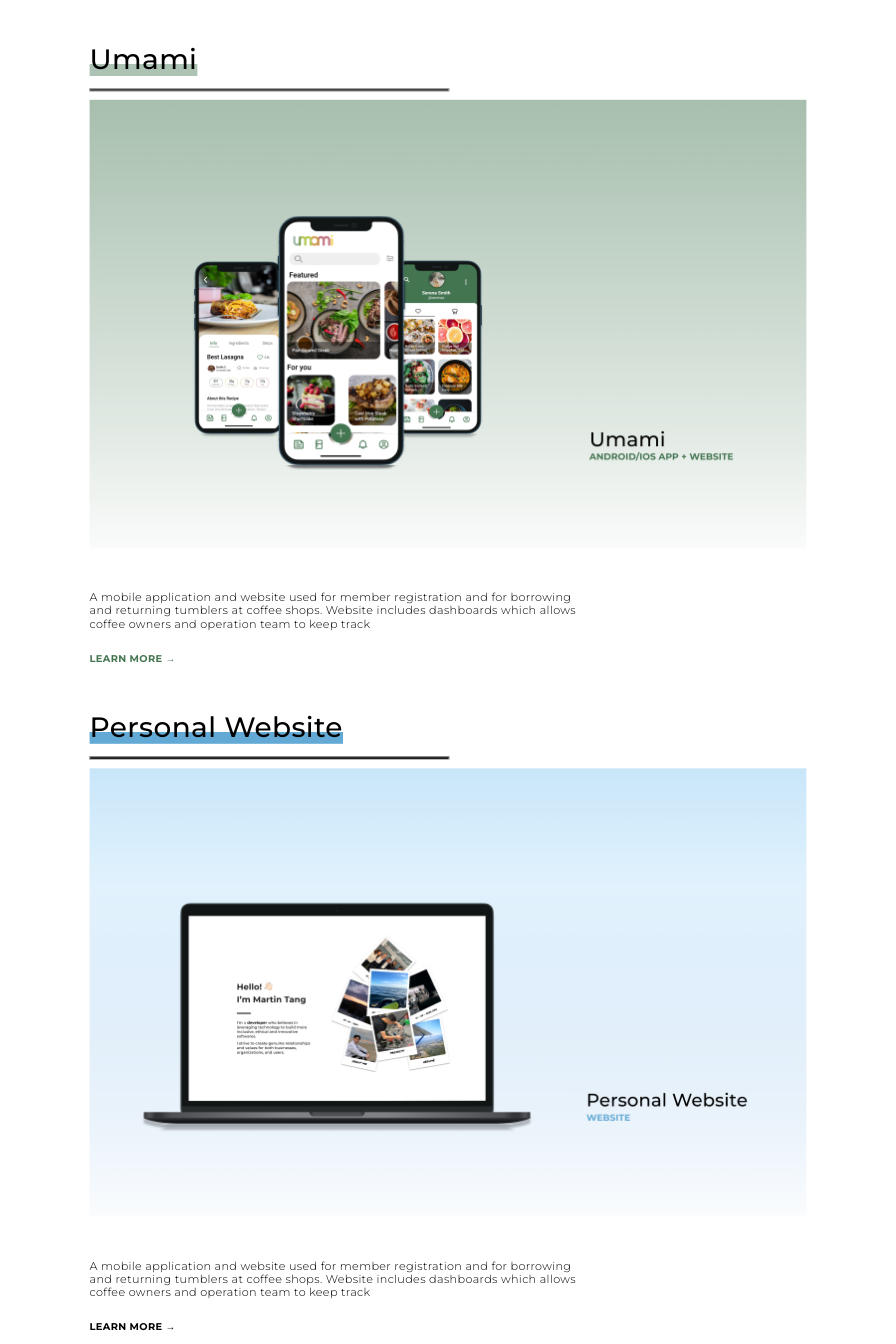
Repository: TangMartin/martintang
Page: index.html
The author's editor kept a copy of each file at every save. The page is drawn from the files as they stood at one save, then again after the next save.
The browser window is 1280 px wide. The pictures show the part of the page from y = 1062 to 2982 px (the page is 2982 px tall), at 70% of full size.

Above is the page before, as saved 2021-11-24 22:12:34.

### index.html
<!DOCTYPE html>

<html>
    <head>
        <link href="./styles/style.css" rel="stylesheet">
        <link rel="preconnect" href="https://fonts.googleapis.com">
        <link rel="preconnect" href="https://fonts.gstatic.com" crossorigin>
        <link href="https://fonts.googleapis.com/css2?family=Montserrat:wght@300;500;700&display=swap" rel="stylesheet">
        <title> Martin Tang</title>
    </head>

    <body>
        <!-- Nav Bar-->
        <!-- Main Page-->
        <div class="flex-main">
            <!-- Left Box-->
            <div class="flex-left">
                <h1>Hello! <span class="wave" style="margin-left: 4%;">👋🏻</span> </h1>
                <h1>I'm Martin Tang</h1>
                <hr style="height:5px; width:15%; margin-left:0; background-color:#222020; display: inline-block">
                <h3>I'm a <strong>developer</strong> who believes in leveraging technology to build more inclusive, ethical and innovative softwares. </h3>
                <h3>I strive to create genuine relationships and values for both businesses, organizations, and users.</h3>
            </div>
            <!-- Right Box-->
            <div class="flex-right">
                <div class="image-stack">
                    <a style="grid-column: 8; grid-row: 10; cursor: pointer; --turn-radius: 12deg; cursor: pointer;" href="./Martin_Tang_Resume.pdf" target="_blank" download>
                        <img src="./assets/polaroids/Resume.png"/>
                    </a>
                    <img style="grid-column: 3; grid-row: 1; --turn-radius: -12deg;" src="./assets/polaroids/Apsc100.png" />
                    <img style="grid-column: 1; grid-row: 7; --turn-radius: -12deg;" src="./assets/polaroids/Sunset.png" />
                    <img style="grid-column: 7; grid-row: 5; --turn-radius: 15deg;" src="./assets/polaroids/Hongkongpng.png" />
                    <a style="grid-column: 3; grid-row: 12; --turn-radius: -12deg; cursor: pointer;" href="./pages/aboutme.html">
                        <img src="./assets/polaroids/Aboutme.png" />
                    </a>
                    <img style="grid-column: 4; grid-row: 5; --turn-radius: -4deg;"src="./assets/polaroids/Jetski.png" />
                    <a style="grid-column: 5; grid-row: 9; --turn-radius: 10deg; cursor: pointer;" href="#featuredwork">
                        <img src="./assets/polaroids/Projects.png"/>
                    </a>
                </div>
            </div>
        </div>
        <div class="featured_work" id="featuredwork">
            <!-- Featured Work -->
            <h1 style="text-align: center; padding-top: 5rem;"> Featured Work </h1>
            <ul class="work_list">

                <!-- Umami -->
                <li class="work_item" style="--work-color: #447551;">
                    <h1><span class="highlight" style="--highlighter-color: #ACC2B2;">Umami</span></h1>
                    <hr style="height:2.5px; width:50%; margin-left:0; background-color:#222020; display: inline-block; margin">
                    <img class="work_image" src="./assets/images/Umami.png" />
                    <div class="technologies">
                        <p>FASTAPI</p>
                        <p>REACT NATIVE</p>
                        <p>REDUX-SAGA</p>
                        <p>MySQL</p>
                        <p>DOCKER</p>
                        <p>PYTHON</p>
                    </div>
                    <p class="work_description">
                        A mobile application and website used for member registration and for borrowing and returning tumblers at coffee shops.  Website includes dashboards which allows coffee owners and operation team to keep track
                    </p>
                    <h3> LEARN MORE → </h3>
                </li>

                <!-- Personal Website -->
                <li class="work_item" style="--work-color: #FFFFF;">
                    <h1><span class="highlight" style="--highlighter-color: #62AAD5;">Personal Website</span></h1>
                    <hr style="height:2.5px; width:50%; margin-left:0; background-color:#222020; display: inline-block">
                    <img class="work_image" src="./assets/images/Personalwebsite.png" />
                    <div class="technologies">
                        <p>FAST API</p>
                        <p>REACT NATIVE</p>
                        <p>REDUX-SAGA</p>
                        <p>SQL</p>
                        <p>DOCKER</p>
                    </div>
                    <p class="work_description">
                        A mobile application and website used for member registration and for borrowing and returning tumblers at coffee shops.  Website includes dashboards which allows coffee owners and operation team to keep track
                    </p>
                    <h3> LEARN MORE → </h3>
                </li>

            </ul>
        </div>
    </body>
</html>

### styles/style.css
:root {
    --highlighter-color: #EEDF5B;
    --work-color: #1cca73;
    --turn-radius: 6deg;
}

html{
    scroll-behavior: smooth;
}
body {
    max-width: 70rem;
    margin-right: auto;
    margin-left: auto;
    width: 80vw;
    padding-top: 2rem;
}

body,
h1,
h2,
h3,
h4,
h5 {
  font-family: 'Montserrat', sans-serif;
  letter-spacing: 0.5px;
}

h3 {
    margin-top: 10px;
    color: #222020;
    font-size: 20px;
    font-weight: 300;
}

/* MAIN PAGE */
.flex-main {
    display: flex;
    flex-direction: row;
}
.flex-main h1 {
    display: flex;
    flex-direction: row;
    font-size: 50px;
    margin: 5px 0px 10px 0px;
}

.flex-left {
    width: 40%;
    padding-top: 23%;
    padding-bottom: 2%;
}
.flex-right {
    width: 60%;
}
.image-stack{
    display: grid;
    grid-template-columns: repeat(12, 55px);
    grid-template-rows: repeat(19, 48px);
    padding-left: 10%;

}
.image-stack img {
    transition: all 0.3s ease-in-out 0s;
}
.image-stack img:hover {
    transform: rotate(var(--turn-radius));
    transition: all 0.3s ease-in-out 0s;
}

.wave {
    animation-name: wave-animation;  /* Refers to the name of your @keyframes element below */
    animation-duration: 2.5s;        /* Change to speed up or slow down */
    animation-iteration-count: infinite;  /* Never stop waving :) */
    transform-origin: 70% 70%;       /* Pivot around the bottom-left palm */
    display: inline-block;
  }

  @keyframes wave-animation {
      0% { transform: rotate( 0.0deg) }
     10% { transform: rotate(14.0deg) }  /* The following five values can be played with to make the waving more or less extreme */
     20% { transform: rotate(-8.0deg) }
     30% { transform: rotate(14.0deg) }
     40% { transform: rotate(-4.0deg) }
     50% { transform: rotate(10.0deg) }
     60% { transform: rotate( 0.0deg) }  /* Reset for the last half to pause */
    100% { transform: rotate( 0.0deg) }
  }

/* FEATUERED WORK */
.featured_work {
    margin-top: -5%;
}
.featured_work h1 {
    font-size: 40px;
}
.work_list {
    list-style: none;
    padding-left: 0;
}
.work_item {
    margin-top: 4rem;
}
.work_item h1{
    margin-bottom: 1%;
}
.work_item h3{
    margin-top: 3%;
    font-weight: bold;
    font-size: 14px;
    color: var(--work-color);
}
.work_image {
    max-width: 100%;
}
.work_description {
    margin-top: 5px;
    font-weight: 350;
    width: 70%;
}
.highlight {
    background: linear-gradient(180deg, #FFFFFF 65%, var(--highlighter-color) 65%);
    font-weight: 400;
}
.technologies {
    margin-top: 5px;
    display: flex;
    flex-direction:row;
}
.technologies p {
    font-size: 12px;
    margin-right: 6px;
    color: #FFFFFF;
    font-weight: 600;
    border-radius:20px;
    padding: 4px 9px 4px 9px;
    background: var(--umami-color);
}

After the next save:
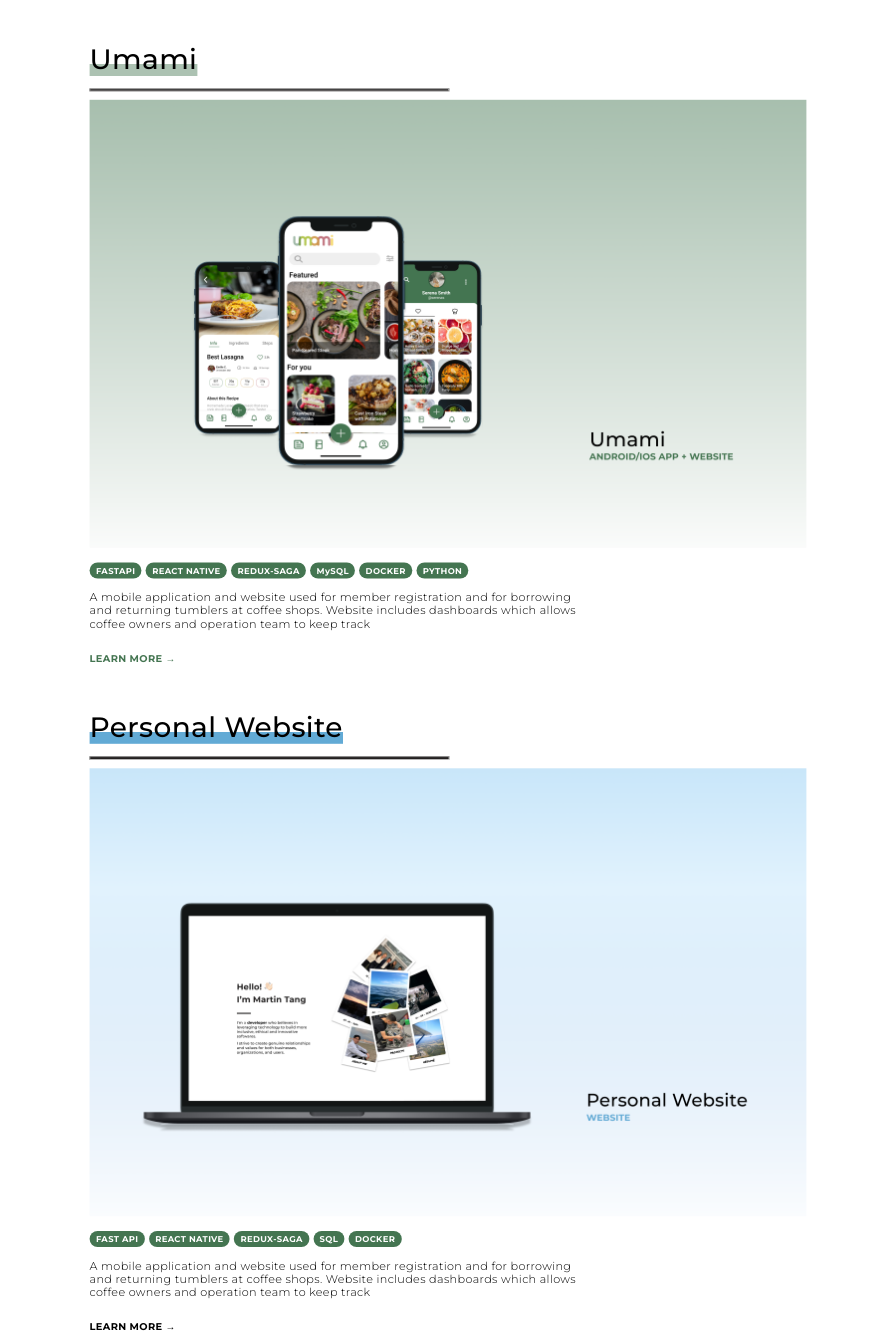
Saved 12 s later.
--- a/styles/style.css
+++ b/styles/style.css
@@ -133,5 +133,5 @@ h3 {
     font-weight: 600;
     border-radius:20px;
     padding: 4px 9px 4px 9px;
-    background: var(--umami-color);
+    background: #447551;
 }
